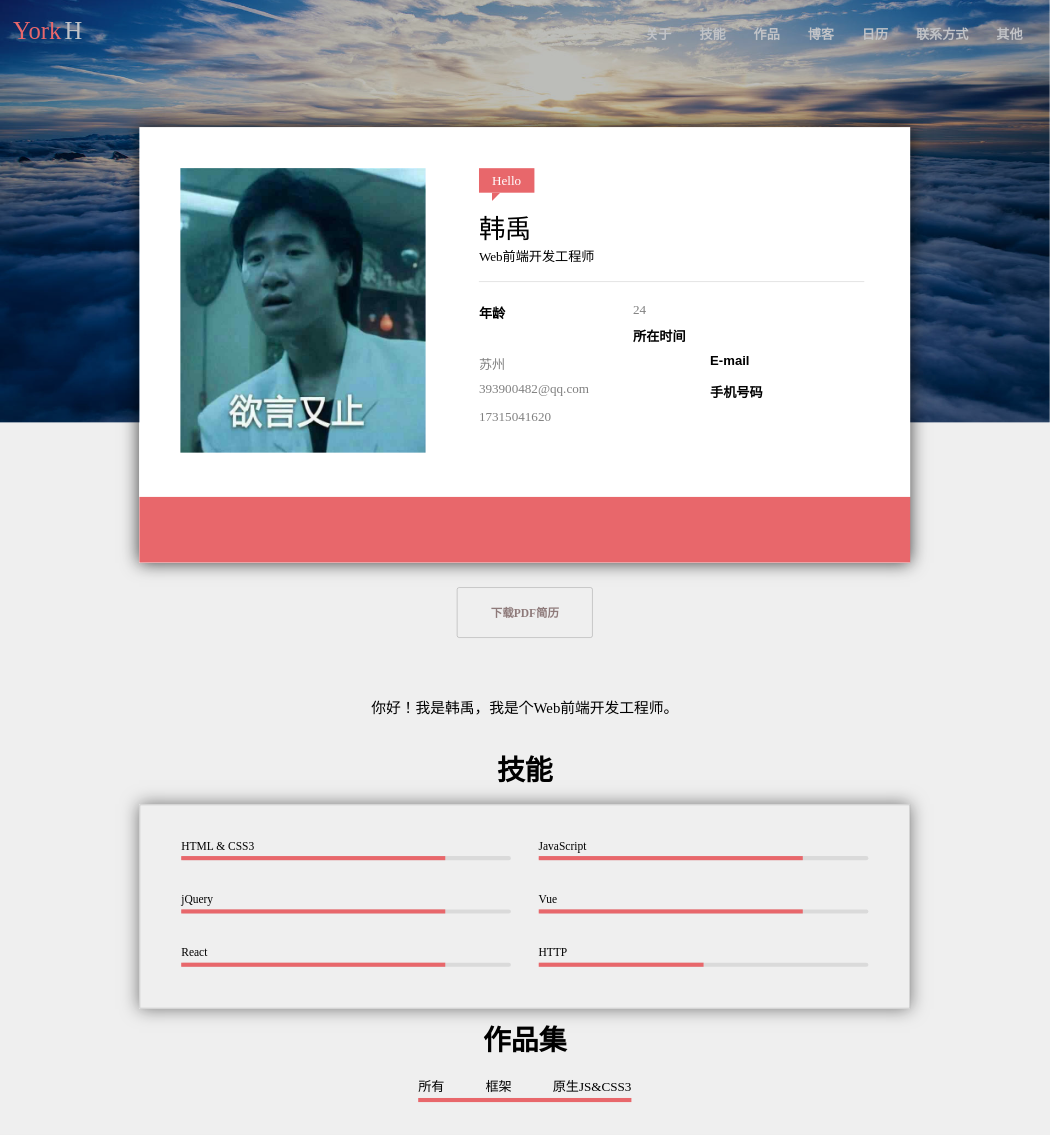
Repository: yorkHan/resume
Page: index.html
The author's editor kept a copy of each file at every save. The page is drawn from the files as they stood at one save, then again after a run of saves.
The browser window is 1280 px wide. The pictures show the whole page, at 82% of full size.

Above is the page before, as saved 2018-04-10 13:40:09.

After the next 2 saves:
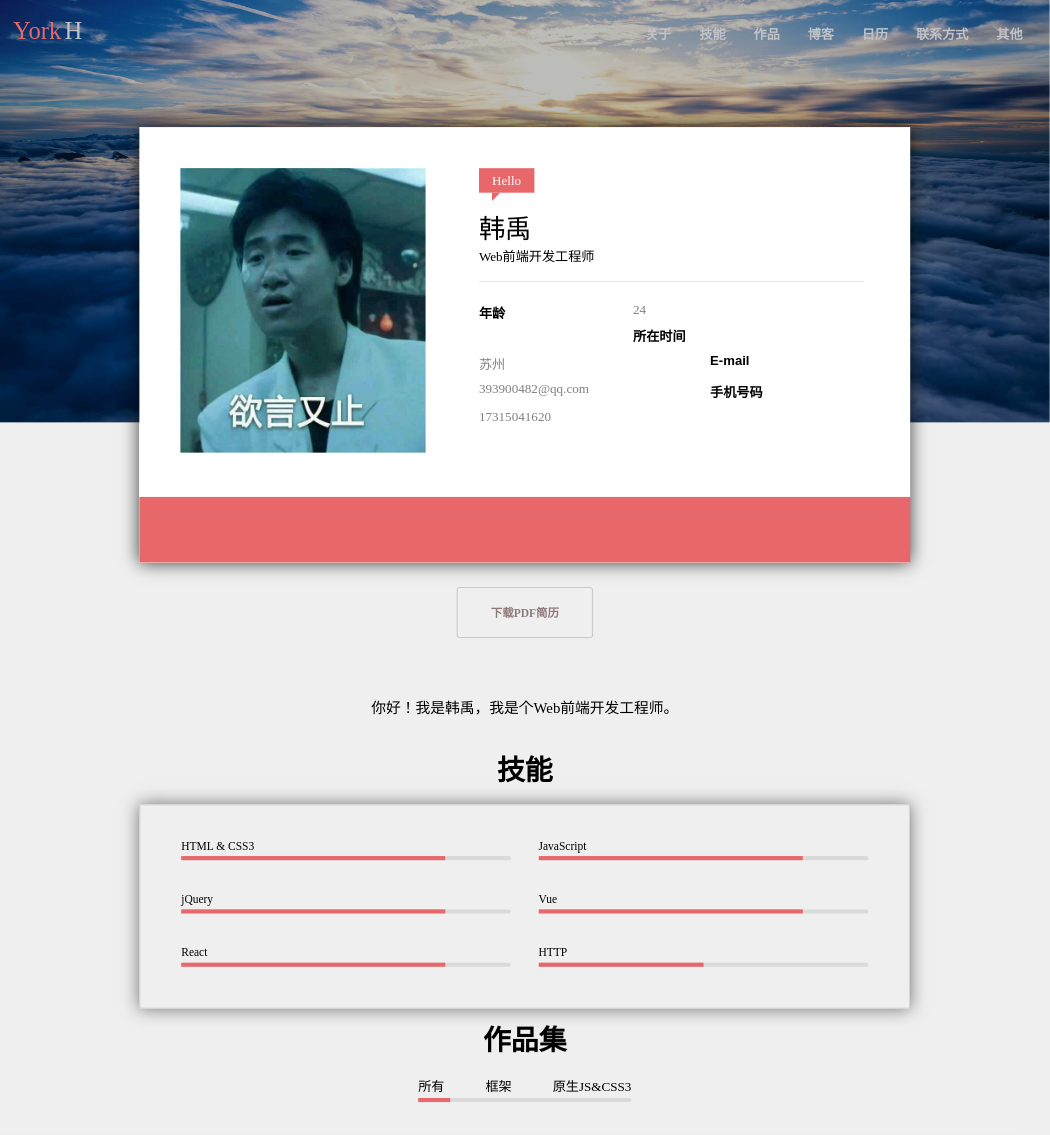
The 2 saves are shown as one change because they came seconds apart.
The last was saved 22 s later.
--- a/index.html
+++ b/index.html
@@ -165,7 +165,7 @@
                 <li>框架</li>
                 <li>原生JS&amp;CSS3</li>
             </ol>
-            <div class="bar">
+            <div class="bar state-1">
                 <div class="barInner"></div>
             </div>
         </nav>
